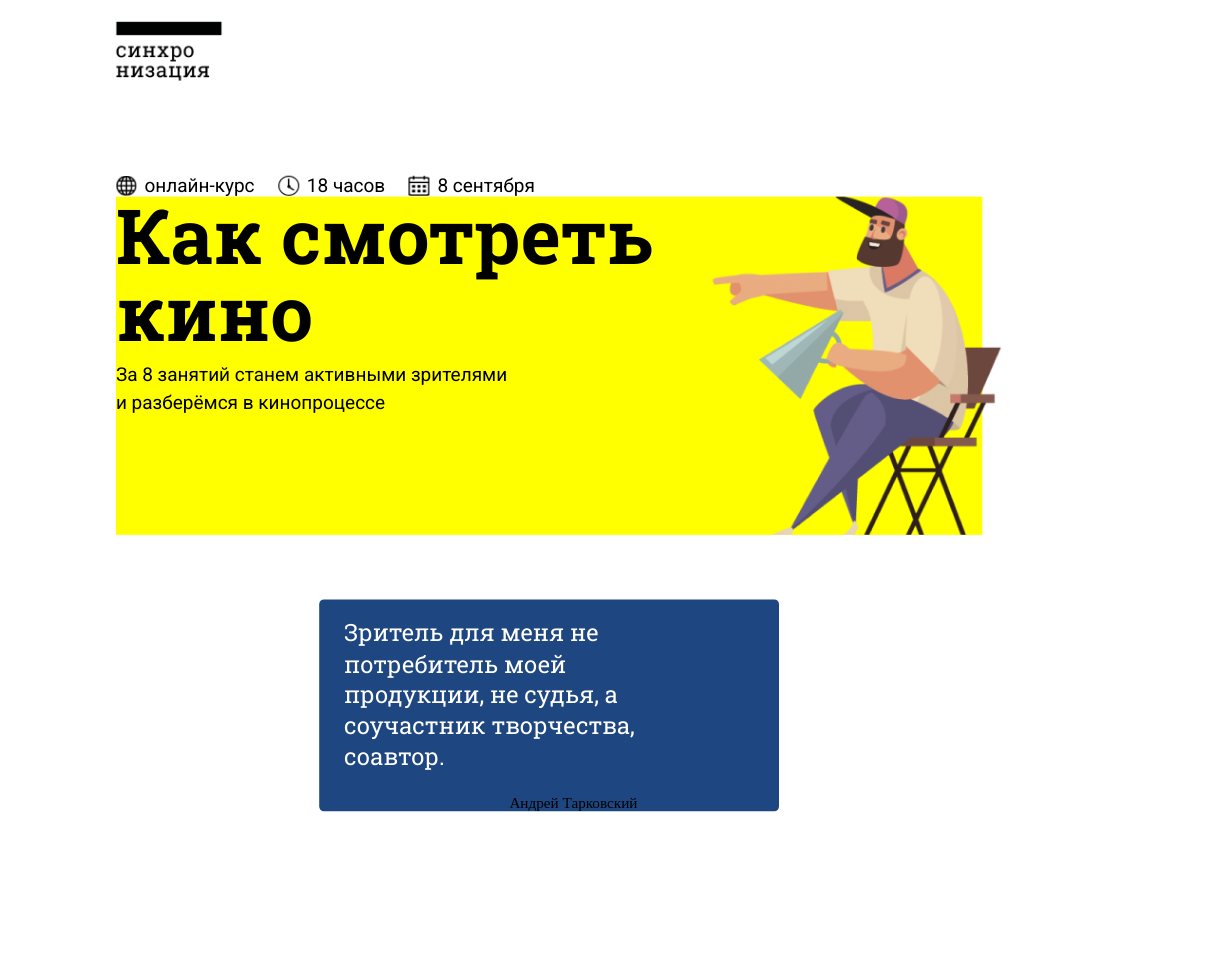
Repository: simralgasimov/task5
Page: index.html
These files come from the project's save history. The page is drawn as it stood at one moment and after a run of saves; the edit follows.
The browser window is 1280 px wide. The pictures show the whole page, at 95% of full size.

Above is the page before, as saved 2023-08-28 13:34:42.

### index.html
<!DOCTYPE html>
<html lang="en">
  <head>
    <meta charset="UTF-8" />
    <meta name="viewport" content="width=device-width, initial-scale=1.0" />
    <title>Document</title>
    <link rel="stylesheet" href="index.css" />
  </head>
  <body>
    <div class="container">
      <div class="logo">
        <img src="./img/logo_mobile_black 1 (1).png" alt="" />
      </div>
      <div class="headline">
        <div>
          <img src="./img/globe.svg" alt="" />
          <p>онлайн-курс</p>
        </div>
        <div>
          <img src="./img/img_135744.png" alt="" />
          <p>18 часов</p>
        </div>
        <div>
          <img src="./img/calendar_2.png" alt="" />
          <p>8 сентября</p>
        </div>
      </div>

      <div class="box">
        <div>
          <h1>
            Как смотреть кино
          </h1>
          <p>
            За 8 занятий станем активными зрителями и разберёмся в кинопроцессе
          </p>
        </div>


        <img src="./img/noroot 1.png" alt="" />
      </div>

      <div class="box2">
        <p class="p-1">
          Зритель для меня не потребитель моей продукции, не судья, а соучастник
          творчества, соавтор.
        </p>
        <p class="p-2">Андрей Тарковский</p>
      </div>
    </div>
  </body>
</html>

### index.css
@import url('https://fonts.googleapis.com/css2?family=Roboto&family=Roboto+Slab:wght@400;700&display=swap');

* {
  padding: 0;
  margin: 0;
  box-sizing: border-box;
}

.container {
  padding: 21px 246px 173px 122px;
}

.logo {
  width: 112px;
  height: 66px;
}

.headline {
  display: flex;
  margin-top: 97px;
}
.headline div {
  display: flex;
  align-items: center;
  margin-right: 25px;
}
.headline p {
  color: #000;
  font-family: Roboto;
  font-size: 20px;
  font-style: normal;
  font-weight: 400;
  line-height: 115%;
}

.headline img:first-child {
  margin-right: 8px;
  width: 22px;
  height: 21px;
}

.headline img:nth-child(3) {
  margin-right: 8px;
  width: 22px;
  height: 22px;
}

.headline img:nth-child(5) {
  margin-right: 13px;
  width: 20px;
  height: 22px;
}

.box {
  display: flex;
  /* padding: 29px; */

  justify-content: space-between;
  background-color: yellow;
}

.box h1 {
  width: 628px;
  color: #000;
  font-family: Roboto Slab;
  font-size: 80px;
  font-style: normal;
  font-weight: 700;
  line-height: 101.385%;
}

.box p {
  margin-top: 10px;
  width: 414px;
  color: #000;
  font-family: Roboto;
  font-size: 20px;
  font-style: normal;
  font-weight: 400;
  line-height: 150%;
}

.box img {
  width: 304px;
  height: 356px;
}

.box2 {
  margin: auto auto auto auto;
  margin-top: 68px;
  width: 483.635px;
  border-radius: 5px;
  background: #1e4681;
}

.box2 .p-1 {
  padding: 19px 18px 23px 26px;
  width: 430.589px;
  color: #fff;
  font-family: Roboto Slab;
  font-size: 25px;
  font-style: normal;
  font-weight: 400;
  line-height: 130%; /* 32.5px */
}

.box2 p:nth-child(2) {
  padding-left: 200px;
}

After the next 2 saves:
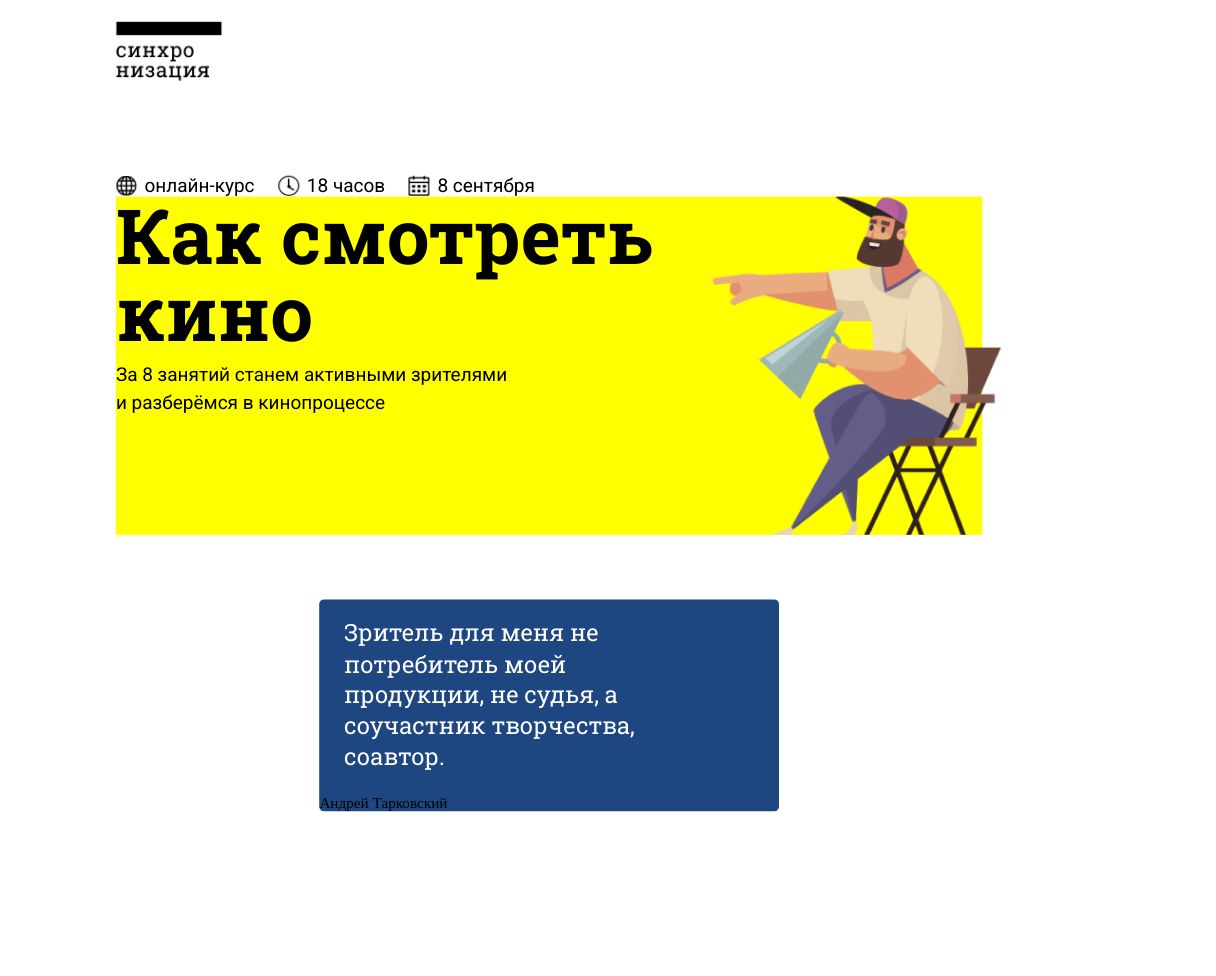
The 2 saves are shown as one change because they came seconds apart.
The last was saved 15 s later.
--- a/index.css
+++ b/index.css
@@ -103,6 +103,7 @@
   font-weight: 400;
   line-height: 130%; /* 32.5px */
 }
+.box-
 
 .box2 p:nth-child(2) {
   padding-left: 200px;

After the save that followed:
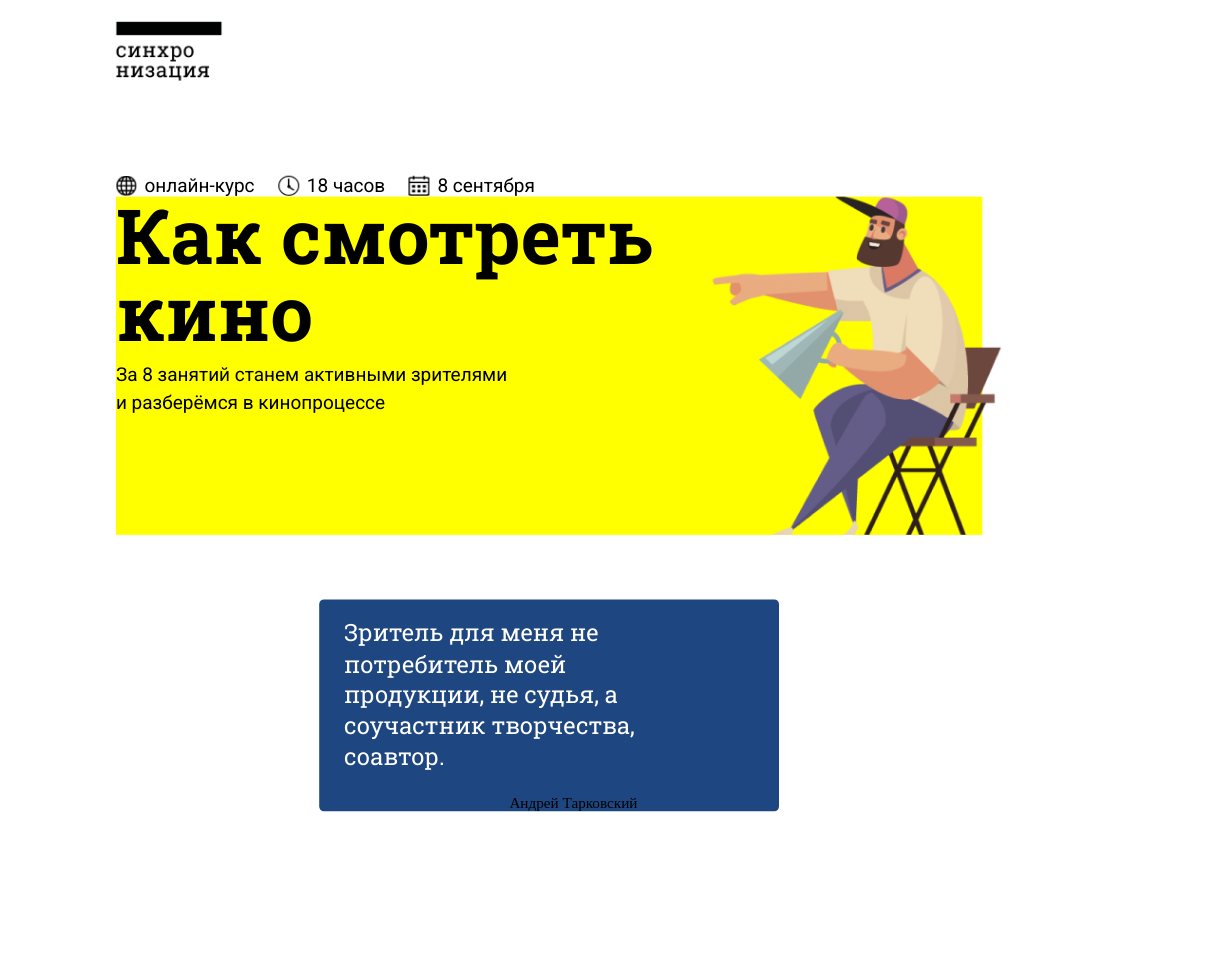
Saved 6 s later.
--- a/index.css
+++ b/index.css
@@ -103,7 +103,9 @@
   font-weight: 400;
   line-height: 130%; /* 32.5px */
 }
-.box-
+.box2 .p-2{
+
+}
 
 .box2 p:nth-child(2) {
   padding-left: 200px;
